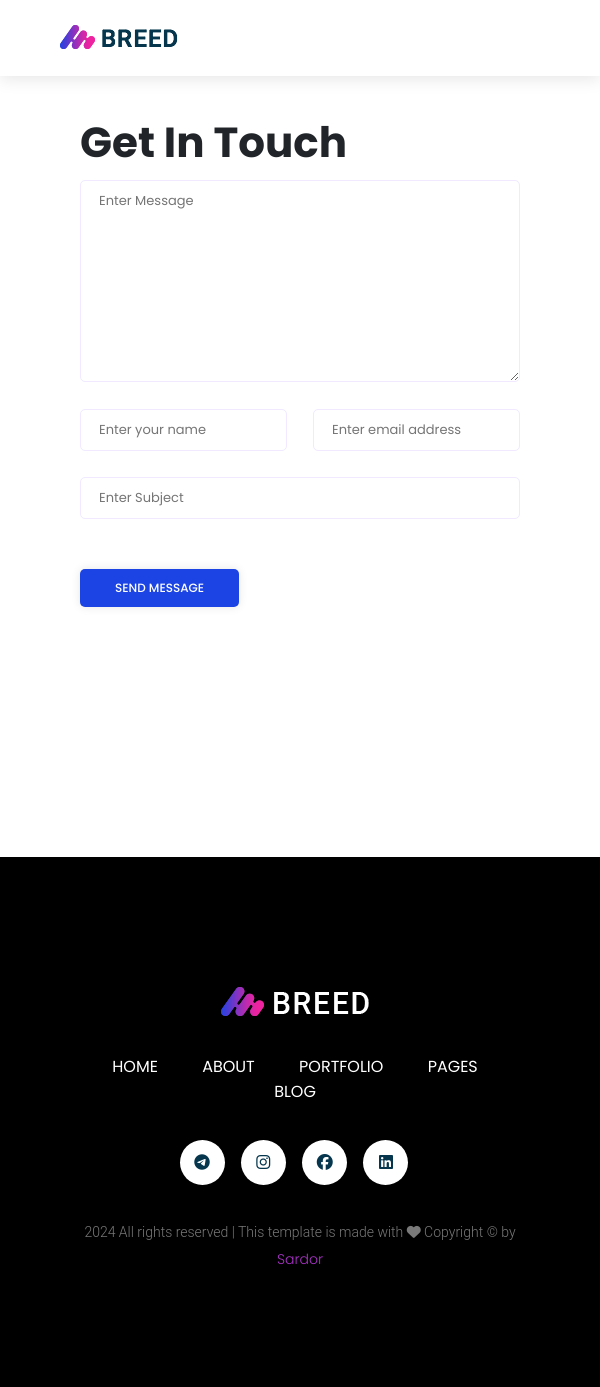
Repository: whoami2991/Sardorbek-Portfolio---Home
Page: contact.html
An editor plug-in stored every save of this project. The page is shown before and after the next save, followed by the edit.
The browser window is 600 px wide. The pictures show the whole page.

Above is the page before, as saved 2024-08-03 21:17:11.

### contact.html
<!DOCTYPE html>
<html lang="en">
<head>
    <meta charset="UTF-8">
    <meta name="viewport" content="width=device-width, initial-scale=1.0">
    <title>Portfolio - Contact</title>
    <link rel="stylesheet" href="shared.css">
    <link rel="stylesheet" href="contact.css">
    <link rel="stylesheet" href="https://cdnjs.cloudflare.com/ajax/libs/font-awesome/6.5.1/css/all.min.css" integrity="sha512-DTOQO9RWCH3ppGqcWaEA1BIZOC6xxalwEsw9c2QQeAIftl+Vegovlnee1c9QX4TctnWMn13TZye+giMm8e2LwA==" crossorigin="anonymous" referrerpolicy="no-referrer" />
    <link rel="icon" href="icons8-briefcase-94.png" type="image/png">
    <link href='https://unpkg.com/boxicons@2.1.4/css/boxicons.min.css' rel='stylesheet'>
</head>
<body>
    <!--Header section-->
    <header class="main-header">
        <div class="wrapper">
            <div class="brand">
                <a href="index.html">
                    <img src="logo.png" alt="logo">
                </a>
            </div>
            <nav class="main-navigation">
                <ul class="main-navigation__items">
                    <li class="main-navigation__item">
                        <a href="/index.html">Home</a>
                    </li>
                    <li class="main-navigation__item">
                        <a href="#">About</a>
                    </li>
                    <li class="main-navigation__item">
                        <a href="#">Portfolio</a>
                    </li>
                    <li class="main-navigation__item">
                        <a href="#">Pages</a>
                    </li>
                    <li class="main-navigation__item">
                        <a href="#">Blog</a>
                    </li>
                    <li class="main-navigation__item">
                        <a href="#">Contact</a>
                    </li>
                </ul>
            </nav>
        </div>
    </header>
    <div class="wrapper">
        <section class="contact">
            <div class="section-title">Get in Touch</div>
            <form action="/server.php" method="get">
                <textarea name="message" id="message" cols="30" rows="9" placeholder="Enter Message"></textarea>
                <div class="half-row contact_firstname">
                    <input type="text" placeholder="Enter your name" name="firsname">
                </div>
                <div class="half-row contact_email">
                    <input type="email" placeholder="Enter email address" name="email">
                </div>
                <input class="input_enter" type="text" placeholder="Enter Subject" name="subject">
                <button class="button to-uppercase contact_send" type="submit">Send message</button>
            </form>
        </section>
    </div>
    <!--Footer section-->
    <footer class="footer-area">
        <div class="wrapper">
            <section class="footer">
                <div class="footer-logo">
                    <a href="#">
                        <img src="logo2.png" alt="footer logo">
                    </a>
                    <div class="footer-nav">
                        <nav class="footer-main_nav">
                            <ul class="footer-main_nav-items">
                                <li class="nav-item">
                                    <a href="#">Home</a>
                                </li>
                                <li class="nav-item">
                                    <a href="#">about</a>
                                </li>
                                <li class="nav-item">
                                    <a href="#">portfolio</a>
                                </li>
                                <li class="nav-item">
                                    <a href="#">pages</a>
                                </li>
                                <li class="nav-item">
                                    <a href="#">blog</a>
                                </li>
                            </ul>
                        </nav>
                    </div>

                </div>
                <div class="footer-social">
                    <a href="https://t.me/ism018"><i class="fa-brands fa-telegram"></i></a>
                    <a href="https://www.instagram.com/imsard0r/" class="social-instagram_color"><i class="fa-brands fa-instagram"></i></a>
                    <a href="https://www.facebook.com/sardorbek.ismoilov.545/"><i class="fa-brands fa-facebook"></i></a>
                    <a href="https://www.linkedin.com/in/sardor-ismoilov/"><i class="fa-brands fa-linkedin"></i></a>
                </div>
                    <div class="footer-bottom">
                        <p class="col-lg-8 col-sm-12 footer-text"><script>document.write(new Date().getFullYear());</script> All rights reserved | This template is made with <i class="fa fa-heart" aria-hidden="true"></i>
                            Copyright © by <a href="https://t.me/ism018" target="_blank">Sardor</a>
                        </p>
                    </div>
            </section>
        </div>
    </footer>
</body>
</html>

### shared.css
@import url("https://fonts.googleapis.com/css2?family=Poppins:wght@300;400;500;600;700;800;900&display=swap");
/*===============Core styles===============*/
* {
    font-family: "Poppins", sans-serif;
    box-sizing: border-box;
}
body{

    margin: 0;
}
.wrapper{
    width: 1110px;
    margin: 0 auto;
}
.section-subtitle{
    letter-spacing: 2px;
    font-weight: 500;
    color: #797979;
    text-transform: uppercase;
    margin: 5px 0 0;
    font-size: 15px;
    font-weight: 600;
}
.section-title{
    font-size: 42px;
    font-weight: 700;
    text-transform: capitalize;
    color: #212529;
    margin: 15px 0 0 0;
    line-height: 55px;
}

.blur-line{
    display: inline-block;
    vertical-align: middle;
    margin-left: 5px;
    width: 80px;
    height: 4px;
    background: rgba(237,35,159,0.6);
    filter: blur(4px);
}
.button{
    border: none;
    background-color: #1c44e4;
    color: #fff;
    font-weight: 500;
    font-size: 15px;
    padding: 15px 40px;
    cursor: pointer;
    border-radius: 5px;
    box-shadow: 0 0 10px rgba(0, 0, 0, 0.1);
    -webkit-transition-duration: 0.3;
    transition-duration: 0.3;
    -webkit-transition-property: box-shadow, transform;
    transition-property: box-shadow, transform;
}
.button:hover, .button:focus, button:active{
    box-shadow: 0 0 20px rgba(0, 0, 0, 0.5);
    -webkit-transform: scale(1.1);
    transform: scale(1.1);
}
.to-uppercase{
    text-transform: uppercase;
}
.clearfix{
    clear: both;
}
/*===============Header styles==============*/
.main-header{
    position: fixed;
    z-index: 10;
    background-color: #fff;
    width: 100%;
    top: 0;
    left: 0;
    box-shadow: 0px 3px 16px 0px rgb(0 0 0 / 10%);
}
.brand {
    display: inline-block;
    margin-top: 25px;
    border-style: none;
    margin-right: 60px;
}
.main-navigation{
    display: inline-block;
    vertical-align: top;
    padding-top: 5px;
}
.main-navigation__item{
    display: inline-block;
    padding: 5px 15px;
}
.main-navigation__item a{
    color: #05364D;
    text-decoration: none;
    font-weight: 500;
    text-transform: uppercase;
    transition: 0.5s;
}
.main-navigation__item a:hover{
    color: #1c44e4;
}
/*==============Footer section styles=================*/
.footer-area{
    margin-top: 150px;
    padding-top: 130px;
    background-color: #000;
}
.footer-logo{
    text-align: center;
    display: block;
    margin-left: -10px;
}
.footer-nav{
    padding-top: 15px;
}
.footer-main_nav{
    text-decoration: none;
    margin-left: -40px;
}
.footer-main_nav-items{
    list-style: none;
    display: inline-block;
}
.footer-main_nav-items li{
    display: inline-block;
    padding: 0 20px 0;
}
.footer-main_nav-items a{
    display: inline-block;
    text-transform: uppercase;
    text-decoration: none;
    color: #fff;
}
.footer-social {
    padding: 20px;
    align-items: center;
    text-align: center;
}
.footer-social a{
    display: inline-block;
    width: 45px;
    height: 45px;
    line-height: 45px;
    text-align: center;
    background: #ffffff;
    border-radius: 36px;
    color: #05364d;
    font-size: 16px;
    margin-right: 12px
}
.footer-social a:hover{
    transition: 0.4s;
    background: linear-gradient(90deg, #1345e6 0%, #ed239f 100%);
    color: #fff;
}
.footer-bottom{
    padding-top: 0px;
    padding-bottom: 100px;
}
.footer-bottom p{
    text-align: center;
    font-size: 14px;
    line-height: 27px;
    font-weight: 300;
    font-family: "Roboto",sans-serif;
    color: #797979;
}
.footer-bottom a{
    color: #a932c7;
    text-decoration: none;
}

@media only screen and (max-width: 767px) {
    .wrapper{
        width: 80%;
    }
    .main-navigation{
        display: none;
    }
    .brand{
        margin-bottom: 20px;
    }
    .button{
        padding: 10px 35px;
        font-size: 12px;
    }
}

### contact.css
.contact{
    padding: 100px 20px;
}
textarea, input{
    width: 100%;
    padding: 10px;
    margin-bottom: 10px;
    margin-top: 10px;
    border: 1px solid #f0e9ff;
    border-radius: 5px;
    padding-left: 18px;
    font-size: 13px;
    background: transparent;
    color: #495057;
}
.input_enter{
    margin-top: 16px;
}
textarea:focus,
input:focus{
    outline: 0;
}
.half-row{
    width: 50%;
    float: left;
    box-sizing: border-box;
}
.contact_firstname{
    padding-right: 13px;
}
.contact_email{
    padding-left: 13px;
}
.contact_send{
    margin-top: 40px;

}

After the next save:
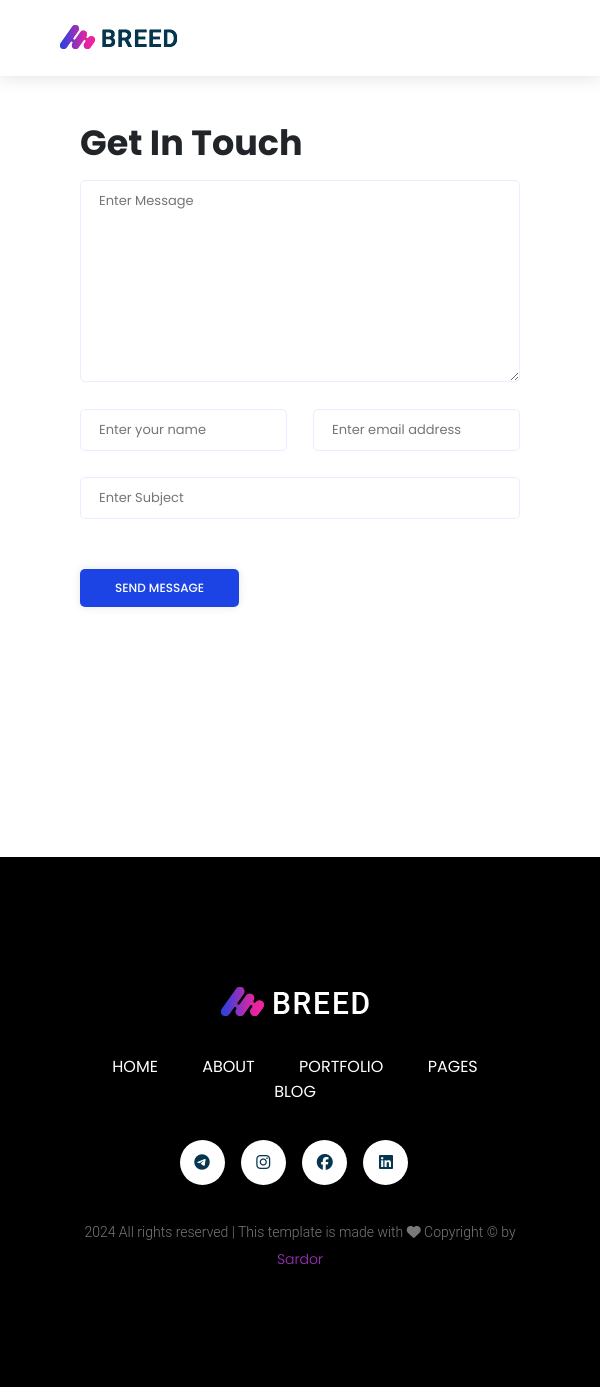
Saved 4 min 59 s later.
--- a/shared.css
+++ b/shared.css
@@ -185,4 +185,7 @@ body{
         padding: 10px 35px;
         font-size: 12px;
     }
+    .section-title{
+        font-size: 35px;
+    }
 }
